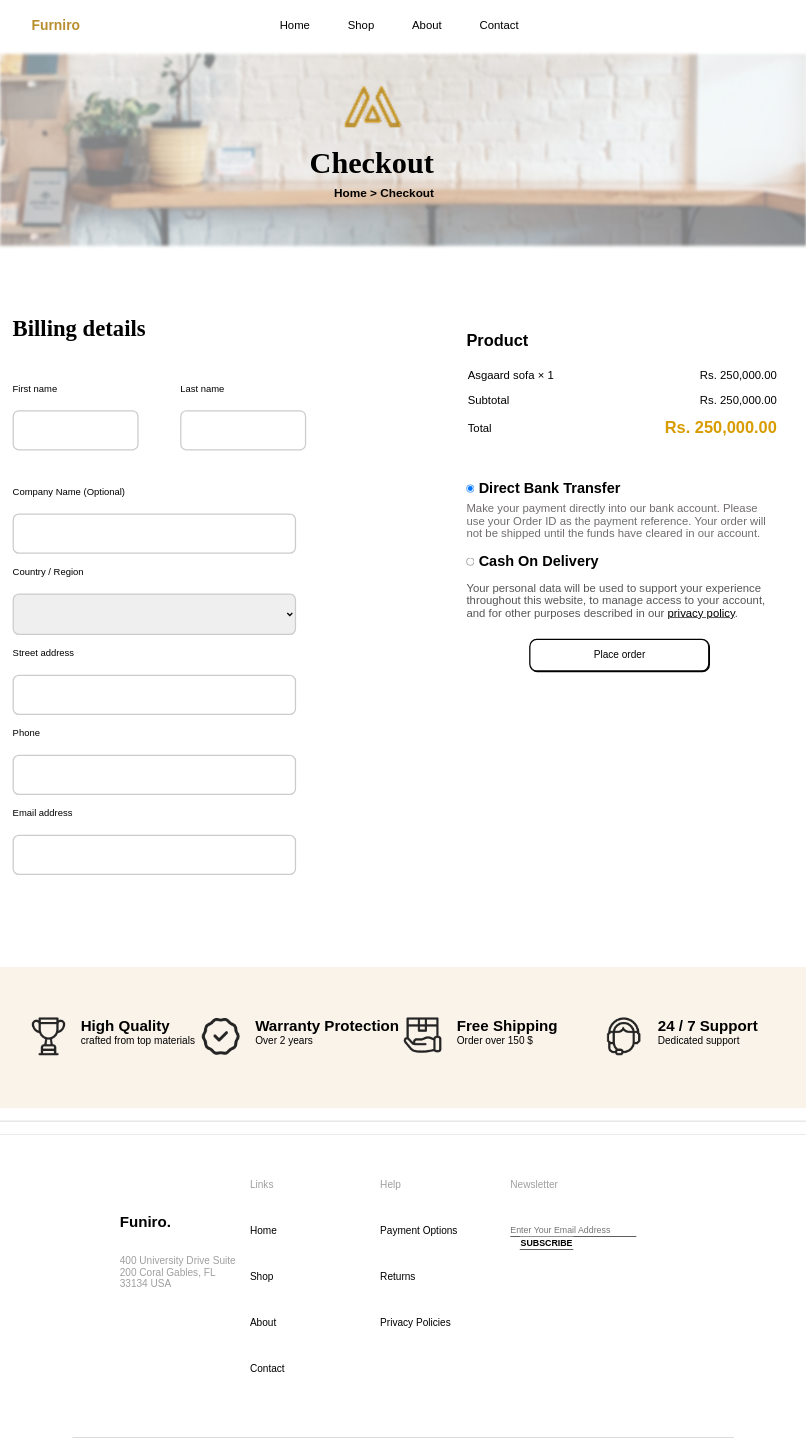
Repository: Ali1Kh/Furniro-ITI
Page: pages/checkout.html
The author's editor kept a copy of each file at every save. The page is drawn from the files as they stood at one save, then again after the next save.
The browser window is 1280 px wide. The pictures show the whole page, at 63% of full size.

Above is the page before, as saved 2025-07-19 21:09:23.

After the next save:
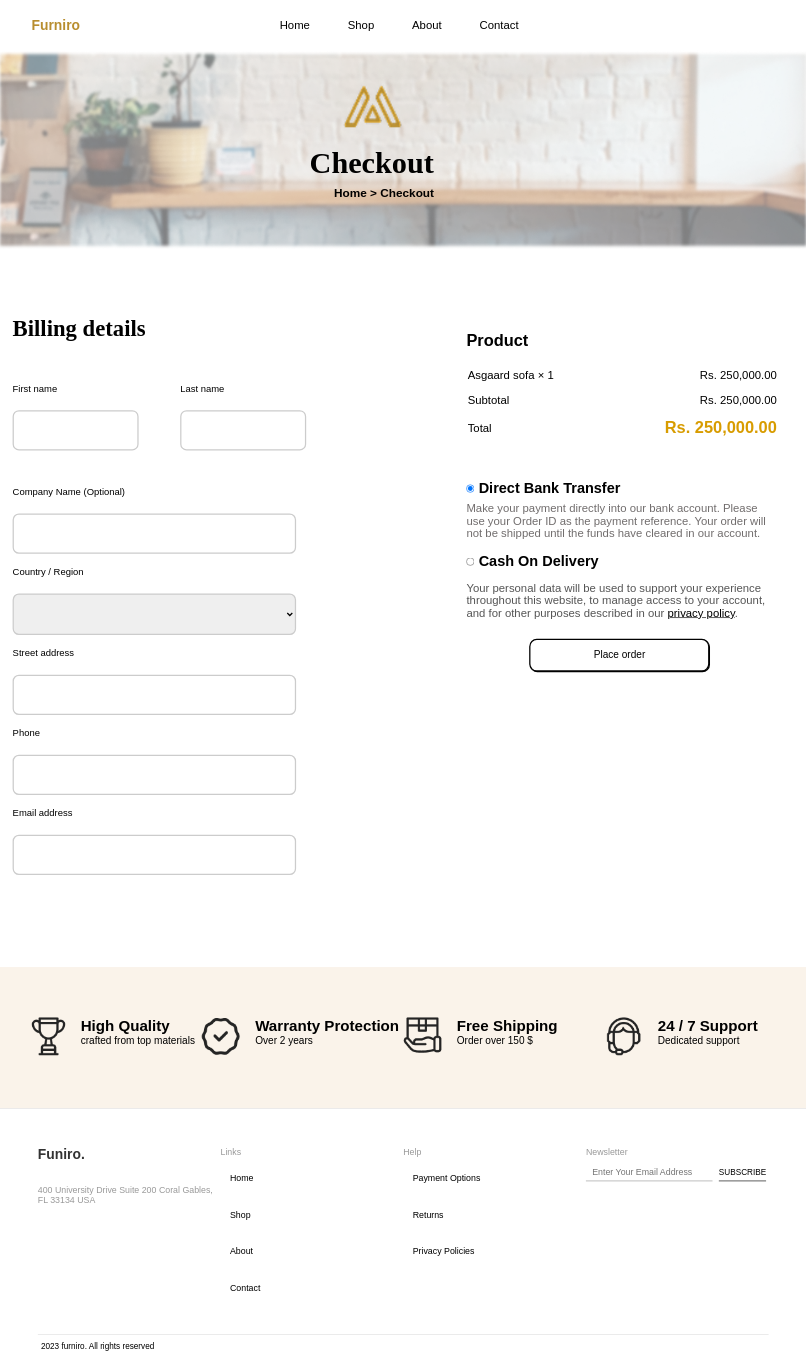
Saved 71 s later.
--- a/pages/checkout.html
+++ b/pages/checkout.html
@@ -188,7 +188,7 @@
     </div>
   </main>
 
-  <!-- <footer class="footer">
+  <footer class="footer">
     <div class="footer-container">
       <div class="footer-sec">
         <h2 class="logo">Funiro.</h2>
@@ -226,49 +226,10 @@
     <div class="footer-bottom">
       <p>2023 furniro. All rights reserved</p>
     </div>
-  </footer> -->
-
-
-  <div class="the_end with-line">
-      <div class="footer">
-        <div class="footerBox">
-          <div class="infoterbox">
-            <div class="infoterboxL">
-              <div class="prgraphF">
-                <p class="mainFooterBar">Funiro.</p>
-                <p class="scoundFooterBar">400 University Drive Suite 200 Coral Gables,
-                  FL 33134 USA</p>
-              </div>
-            </div>
-            <div class="infoterboxLM">
-              <div class="prgraphFF">
-                <p>Links</p>
-                <a href="#">Home</a>
-                <a href="#">Shop</a>
-                <a href="#">About</a>
-                <a href="#">Contact</a>
-              </div>
-            </div>
-            <div class="infoterboxRM" <div class="prgraphFF">
-              <p>Help</p>
-              <a href="#">Payment Options</a>
-              <a href="#">Returns</a>
-              <a href="#">Privacy Policies</a>
-            </div>
-
-            <div class="infoterboxR">
-              <div class="prgraphFF">
-                <p>Newsletter</p>
-                <div class="SUBSCRIBE">
-                  <input type="text" placeholder="Enter Your Email Address">
-                  <button type="button">SUBSCRIBE</button>
-                </div>
-              </div>
-            </div>
-          </div>
-        </div>
-      </div>
-    </div>
+  </footer>
+
+
+
 
   <script src="../scripts/index.js"></script>
 
